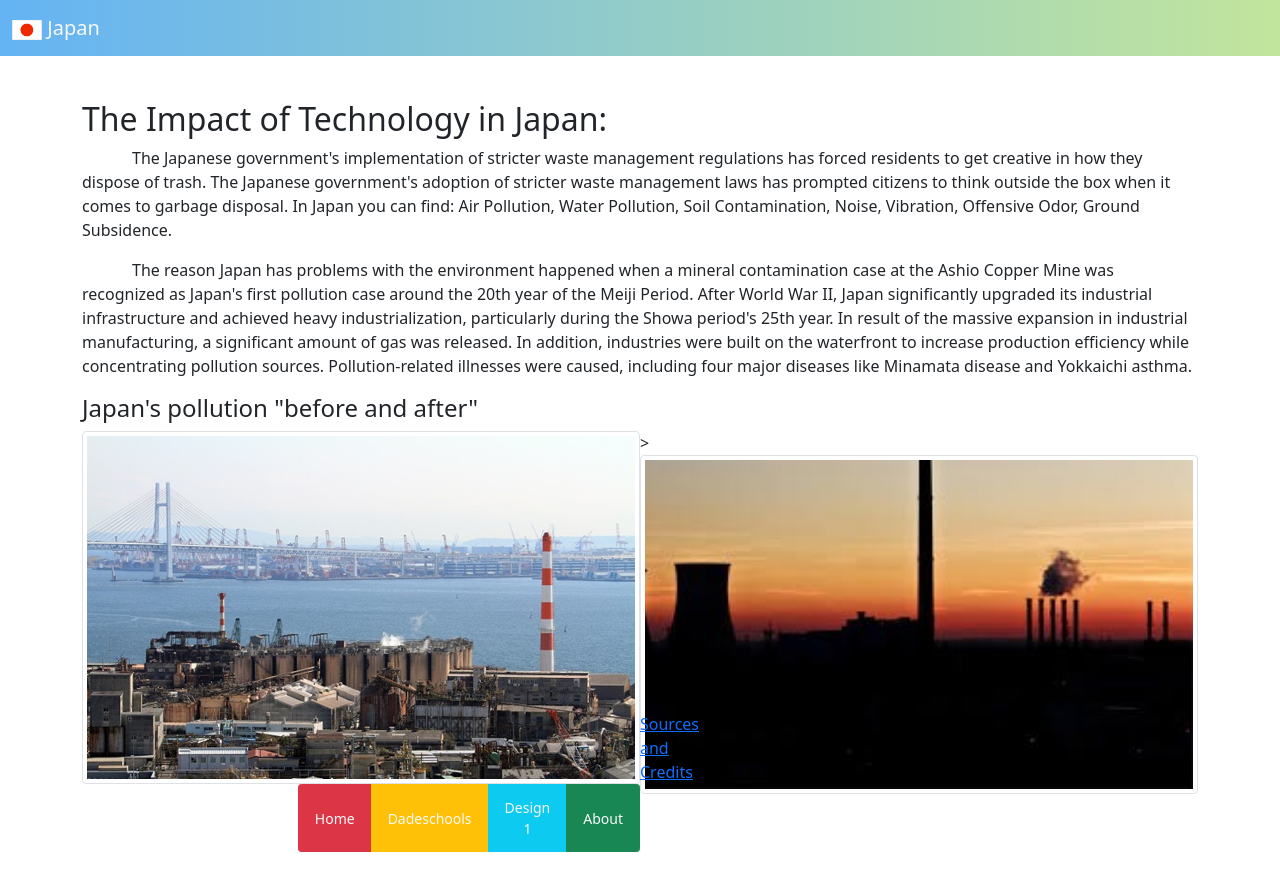
Repository: mrchilliballs/mrchilliballs.github.io
Page: untitled-2.html
An editor plug-in stored every save of this project. The page is shown before and after the next save, followed by the edit.
The browser window is 1280 px wide. The pictures show the whole page.

Above is the page before, as saved 2021-09-02 19:06:58.

After the next save:
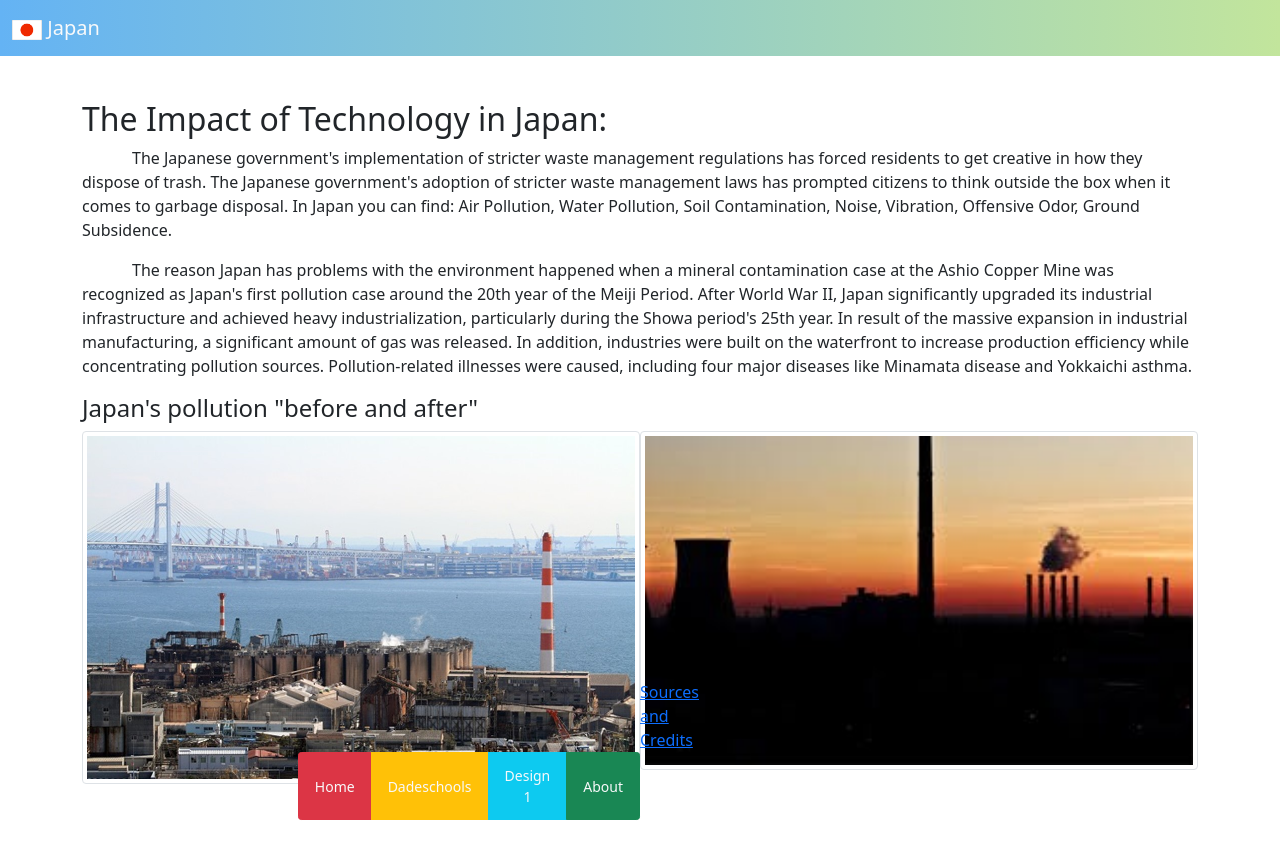
Saved 11 s later.
--- a/untitled-2.html
+++ b/untitled-2.html
@@ -37,7 +37,7 @@
     </p>
     <h4>Japan's pollution "before and after"</h4>
     <img src="Picture1.jpg" class="rounded img-thumbnail img-fluid float-start" alt="..." height="50%" width="50%">
-    ><img src="Picture2.jpg" class="rounded img-thumbnail img-fluid float-end" alt="..." height="50%" width="50%">
+    <img src="Picture2.jpg" class="rounded img-thumbnail img-fluid float-end" alt="..." height="50%" width="50%">
     <div style="margin-bottom: 15rem;"></div>
         <div class="container">
             <footer class="d-flex flex-wrap justify-content-between align-items-center py-3 my-4 border-top" style="">
